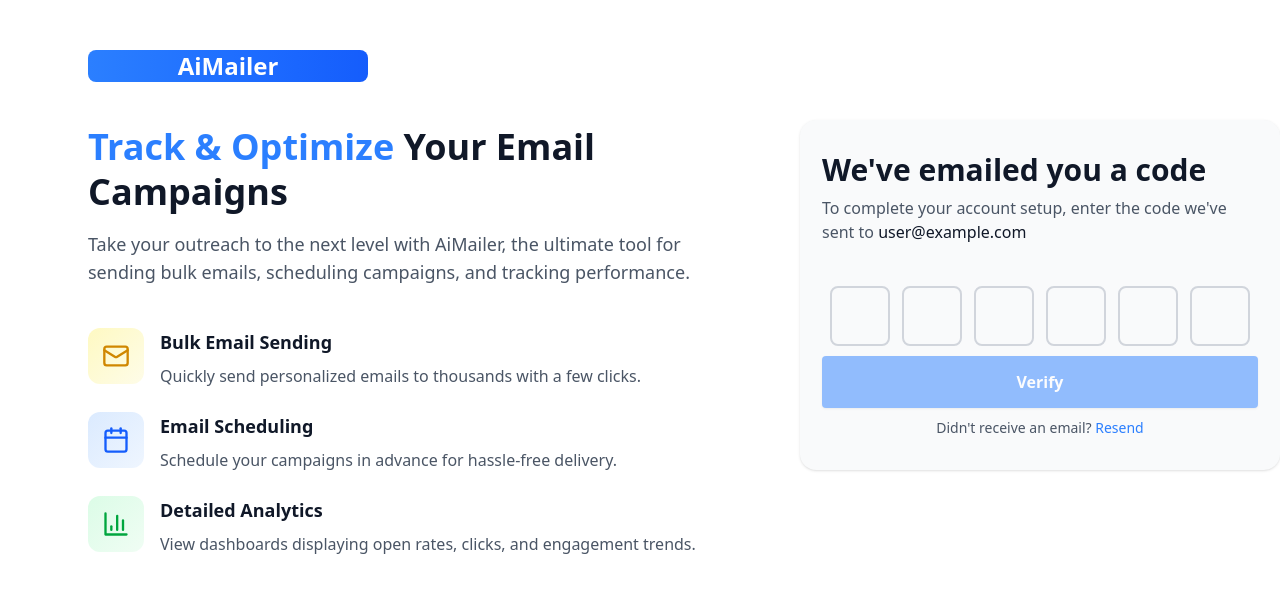
Repository: princesharma8630/AiEmailer-
Page: /otp
These files come from the project's save history. The page is drawn as it stood at one moment and after the next save; the edit follows.
The browser window is 1280 px wide. The pictures show the whole page.
The page's requests for data from a server got no answer. The project was rebuilt for these pictures with package versions that can differ from the ones it lists, and the page was loaded fresh each time. No one was signed in, and anything a server would have sent is missing. Also part of the build but not shown: vite.config.ts, src/router/privateRouter.tsx, src/component/sidebar/sidebar.tsx, src/component/topbar/topbar.tsx, src/layouts/mainlayout/mainlayout.tsx, src/pages/login/resetpassword/ResetModule.tsx, src/pages/login/login.tsx, src/pages/signup/signup.tsx and 23 more.

Above is the page before, as saved 2025-10-27 17:42:38.

### index.html
<!doctype html>
<html lang="en">
  <head>
    <meta charset="UTF-8" />
    <link rel="icon" type="image/png" href="/logo.png" />
    <meta name="viewport" content="width=device-width, initial-scale=1.0" />
    <title>AiMailer</title>
  </head>
  <body>
    <div id="root"></div>
    <script type="module" src="/src/main.tsx"></script>
  </body>
</html>

### src/main.tsx
import { StrictMode } from 'react'
import { createRoot } from 'react-dom/client'
import './index.css'
import App from './App.tsx'
import { Provider } from 'react-redux'
import store from './redux/store.ts'
import { BrowserRouter } from 'react-router-dom'

createRoot(document.getElementById('root')!).render(
  <StrictMode>
    <BrowserRouter>
     <Provider store={store}>
       <App />
    </Provider>
    </BrowserRouter>
  </StrictMode>,
)

### src/App.tsx


import './App.css';
import MainRouter from './router/mainRoputer';


function App() {
  return (
    <>
    <MainRouter/>
  </>)
}

export default App

### src/redux/store.ts
import { configureStore } from '@reduxjs/toolkit';
import authReducer from './slices/authSlices/authslice'; // ✅ make sure this path is correct
import dashboardReducer from './slices/dashboardslices/dashboardSlice'
import mailAnalytics from './slices/AnalysisSlice/mailAnalyticsSlice'
import  bulkEmailReducer  from './slices/bulkEmailSlice/bulkEmailSlice';
import scheduleEmailReducer from '../redux/slices/scheduleEmailSlice/scheduleEmailSlice'
export const store = configureStore({
  reducer: {
    auth: authReducer,
    dashboard:dashboardReducer,
    mailAnalytics:mailAnalytics,
    bulkEmailReducer: bulkEmailReducer,
    scheduleEmail: scheduleEmailReducer
  },
});

// ✅ Export types for use across your app
export type RootState = ReturnType<typeof store.getState>;
export type AppDispatch = typeof store.dispatch;

export default store;

### src/router/mainRoputer.tsx
import { Route, Routes } from "react-router-dom";
import RouterConstant from "../constants/routerConstant";
import PublicRouter from "./publicRouter";
import PrivateRouter from "./privateRouter";
import AuthLayout from "../layouts/authLayout/authlayout";
import MainLayout from "../layouts/mainlayout/mainlayout";
import OTPPage from "../pages/signup/otppage";
import LoginPage from "../pages/login/login";
import SignupPage from "../pages/signup/signup";
import Dashboard from "../pages/dashboard/dashboard";
import MailAnalytics from "../pages/mailAnalytics/mailAnalytics";
import HomePage from "../pages/home/home";
import BulkEmail from "../pages/bulkEmail/bulkEmail";
import ScheduleEmails from "../pages/scheduleEmails/ScheduleEmails";



function MainRouter() {
   return (
      <Routes>
         {/* Public Routes with AuthLayout */}
         <Route element={<PublicRouter/>}>
            <Route element={<AuthLayout/>}>
               <Route path="/" element={<HomePage/>}/>
               <Route path={RouterConstant.Home} element={<HomePage/>} />
               <Route path={RouterConstant.Login} element={<LoginPage/>} />
               <Route path={RouterConstant.SignUp} element={<SignupPage/>} />
               <Route path={RouterConstant.Otp} element={<OTPPage/>}/>
               <Route path={RouterConstant.Login} element={<LoginPage/>}/>
            </Route>
         </Route>

         {/* Private Routes with MainLayout */}
         <Route element={<PrivateRouter/>}>
            <Route element={<MainLayout/>}>
               <Route path={RouterConstant.Dashboard} element={<Dashboard/>} />
               <Route path={RouterConstant.MailAnalytices} element={<MailAnalytics/>} />
               <Route path={RouterConstant.BULK_EMAIL} element={<BulkEmail/>} />
               <Route path={RouterConstant.SCHEDULE_EMAILS} element={<ScheduleEmails/>} />
               <Route path="/custom-emails" element={<h1 className="p-6">Custom Emails Content</h1>} />
               <Route path="/email-signatures" element={<h1 className="p-6">Email Signatures Content</h1>} />
               <Route path="/profile-settings" element={<h1 className="p-6">Profile Settings Content</h1>} />
            </Route>
         </Route>
      </Routes>
   )
}

export default MainRouter;

### src/constants/routerConstant.tsx

const RouterConstant={
    Login:"/login",
    Dashboard:"/dashboard",
    Home:"/home",
    SignUp:'signup',
    Otp:"/otp",
    PasswordPage:"/passwordpage",
    MailAnalytices:"/mailAnalytices",


   //Bulk Email Routes
  BULK_EMAIL: '/bulk-email',
  SCHEDULE_EMAILS: '/schedule-emails',
  CUSTOM_EMAILS: '/custom-emails',
  EMAIL_SIGNATURES: '/email-signatures',
  PROFILE_SETTINGS: '/profile-settings',
  CAMPAIGN_DETAIL: '/campaign/:campaignId',
  CAMPAIGN_TRACKING: '/campaign/:campaignId/tracking',

}
export default RouterConstant;

### src/router/publicRouter.tsx
import React from "react";
import { Navigate, Outlet } from "react-router-dom";


import RouterConstant from "../constants/routerConstant";

const PublicRouter: React.FC = () => {

  const token = localStorage.getItem('token');

  // If user is logged in, redirect to dashboard
  if ( token) {
    return <Navigate to={RouterConstant.Dashboard} replace />;
  }

  return <Outlet />;
};

export default PublicRouter;

### src/layouts/authLayout/authlayout.tsx

import { Outlet } from 'react-router-dom';

const AuthLayout = () => {
  return (
    <div >
        {/* Auth Pages Content (Login, Signup, OTP, etc.) */}
        <div >
          <Outlet />
        </div>
      </div>

  );
};

export default AuthLayout;

### src/pages/signup/otppage.tsx
import React, { useState, useRef, useEffect } from 'react';
import { Mail, BarChart3, Calendar } from 'lucide-react';
import logo from '../../assets/logo.png';

const OTPPage: React.FC = () => {
  const [email, setEmail] = useState<string>('user@example.com');
  const [otp, setOtp] = useState(['', '', '', '', '', '']);
  const [otpError, setOtpError] = useState('');
  const [resendLoading, setResendLoading] = useState(false);
  const [resendSuccess, setResendSuccess] = useState(false);
  const [loading, setLoading] = useState(false);
  const [otpVerified, setOtpVerified] = useState(false);
  const inputRefs = useRef<(HTMLInputElement | null)[]>([]);

  useEffect(() => {
    inputRefs.current[0]?.focus();
  }, []);

  const handleChange = (index: number, value: string) => {
    if (value && !/^\d$/.test(value)) return;

    const newOtp = [...otp];
    newOtp[index] = value;
    setOtp(newOtp);
    setOtpError('');

    if (value && index < 5) {
      inputRefs.current[index + 1]?.focus();
    }
  };

  const handleKeyDown = (index: number, e: React.KeyboardEvent<HTMLInputElement>) => {
    if (e.key === 'Backspace' && !otp[index] && index > 0) {
      inputRefs.current[index - 1]?.focus();
    }
  };

  const handlePaste = (e: React.ClipboardEvent<HTMLInputElement>) => {
    e.preventDefault();
    const pastedData = e.clipboardData.getData('text').slice(0, 6);

    if (!/^\d+$/.test(pastedData)) return;

    const newOtp = [...otp];
    for (let i = 0; i < pastedData.length && i < 6; i++) {
      newOtp[i] = pastedData[i];
    }
    setOtp(newOtp);

    const nextIndex = Math.min(pastedData.length, 5);
    inputRefs.current[nextIndex]?.focus();
  };

  const handleVerify = () => {
    const otpCode = otp.join('');

    if (otpCode.length !== 6) {
      setOtpError('Please enter all 6 digits');
      return;
    }

    setLoading(true);
    setTimeout(() => {
      setLoading(false);
      setOtpVerified(true);
    }, 1500);
  };

  const handleResend = () => {
    setResendLoading(true);
    setResendSuccess(false);

    setTimeout(() => {
      setResendLoading(false);
      setResendSuccess(true);
      setOtp(['', '', '', '', '', '']);
      inputRefs.current[0]?.focus();

      setTimeout(() => {
        setResendSuccess(false);
      }, 3000);
    }, 1500);
  };

  return (
    <div className="min-h-screen w-full bg-white">
      {/* Desktop Layout - Absolute positioning */}
      <div className="hidden lg:block h-screen w-screen overflow-hidden relative">
        {/* Left Section - Intro Content */}
        <div className="absolute top-[50px] left-[88px] max-w-[630px] max-h-[594px] flex flex-col gap-[42px]">
          {/* Logo and Brand */}
          <div className="max-w-[280px] max-h-[84px] opacity-100 flex items-center gap-[8.44px]">
            <div className="w-full h-full bg-gradient-to-r from-blue-500 to-blue-600 rounded-lg flex items-center justify-center text-white font-bold text-2xl">
              AiMailer
            </div>
          </div>

          {/* Heading */}
          <div>
            <h2 className="text-4xl font-bold mb-4 leading-tight">
              <span className="text-blue-500">Track & Optimize</span>{' '}
              <span className="text-gray-900">Your Email Campaigns</span>
            </h2>

            <p className="text-gray-600 text-lg">
              Take your outreach to the next level with AiMailer, the ultimate tool for sending bulk emails, scheduling campaigns, and tracking performance.
            </p>
          </div>

          {/* Features */}
          <div className="flex flex-col gap-6">
            <div className="flex items-start gap-4">
              <div className="w-14 h-14 bg-gradient-to-br from-yellow-100 to-yellow-50 rounded-xl flex items-center justify-center shrink-0">
                <Mail className="w-7 h-7 text-yellow-600" />
              </div>
              <div>
                <h3 className="font-semibold text-gray-900 mb-2 text-lg">Bulk Email Sending</h3>
                <p className="text-gray-600">
                  Quickly send personalized emails to thousands with a few clicks.
                </p>
              </div>
            </div>

            <div className="flex items-start gap-4">
              <div className="w-14 h-14 bg-gradient-to-br from-blue-100 to-blue-50 rounded-xl flex items-center justify-center shrink-0">
                <Calendar className="w-7 h-7 text-blue-600" />
              </div>
              <div>
                <h3 className="font-semibold text-gray-900 mb-2 text-lg">Email Scheduling</h3>
                <p className="text-gray-600">
                  Schedule your campaigns in advance for hassle-free delivery.
                </p>
              </div>
            </div>

            <div className="flex items-start gap-4">
              <div className="w-14 h-14 bg-gradient-to-br from-green-100 to-green-50 rounded-xl flex items-center justify-center shrink-0">
                <BarChart3 className="w-7 h-7 text-green-600" />
              </div>
              <div>
                <h3 className="font-semibold text-gray-900 mb-2 text-lg">Detailed Analytics</h3>
                <p className="text-gray-600">
                  View dashboards displaying open rates, clicks, and engagement trends.
                </p>
              </div>
            </div>
          </div>
        </div>

        {/* Right Section - OTP Verification Card */}
        <div className="absolute top-[120px] left-[800px] max-w-[493px] rounded-2xl pt-8 pr-[22px] pb-8 pl-[22px] flex flex-col gap-2.5 bg-gray-50 shadow-sm">
          <div>
            <h2 className="text-3xl font-bold text-gray-900 mb-2">
              We've emailed you a code
            </h2>
            <p className="text-gray-600 mb-8">
              To complete your account setup, enter the code we've sent to{' '}
              <span className="font-medium text-gray-900">{email || 'your email'}</span>
            </p>
          </div>

          {/* Success Message - OTP Verified */}
          {otpVerified && (
            <div className="p-4 bg-green-50 border border-green-200 text-green-700 rounded-lg">
              OTP verified successfully! Redirecting to create password...
            </div>
          )}

          {/* Success Message - OTP Resent */}
          {resendSuccess && !otpVerified && (
            <div className="p-4 bg-green-50 border border-green-200 text-green-700 rounded-lg">
              OTP resent successfully! Check your email.
            </div>
          )}

          {/* OTP Input Fields */}
          <div className="flex flex-col gap-4">
            <div className="flex gap-3 justify-center">
              {otp.map((digit, index) => (
                <input
                  key={index}
                  ref={(el) => { inputRefs.current[index] = el }}
                  type="text"
                  inputMode="numeric"
                  maxLength={1}
                  value={digit}
                  onChange={(e) => handleChange(index, e.target.value)}
                  onKeyDown={(e) => handleKeyDown(index, e)}
                  onPaste={index === 0 ? handlePaste : undefined}
                  className={`w-[60px] h-[60px] text-center text-2xl font-semibold border-2 rounded-lg outline-none transition-all ${
                    digit
                      ? 'border-blue-500 bg-blue-50'
                      : otpError
                      ? 'border-red-500'
                      : 'border-gray-300'
                  } focus:border-blue-500 focus:ring-2 focus:ring-blue-200`}
                />
              ))}
            </div>

            {otpError && (
              <p className="text-sm text-red-600 text-center">{otpError}</p>
            )}
          </div>

          {/* Verify Button */}
          <button
            onClick={handleVerify}
            disabled={loading || otp.join('').length !== 6}
            className="w-full max-w-[449px] h-[52px] bg-blue-500 text-white rounded-sm font-semibold hover:bg-blue-600 transition-colors disabled:opacity-50 disabled:cursor-not-allowed shadow-sm"
          >
            {loading ? 'Verifying...' : 'Verify'}
          </button>

          {/* Resend Link */}
          <div className="text-center">
            <p className="text-sm text-gray-600">
              Didn't receive an email?{' '}
              <button
                onClick={handleResend}
                disabled={resendLoading}
                className="text-blue-500 hover:underline font-medium disabled:opacity-50 disabled:cursor-not-allowed"
              >
                {resendLoading ? 'Sending...' : 'Resend'}
              </button>
            </p>
          </div>
        </div>
      </div>

      {/* Mobile/Tablet Layout - Stacked */}
      <div className="lg:hidden min-h-screen flex flex-col">
        {/* Left Section - Top */}
        <div className="w-full px-6 py-8 md:px-12 md:py-12">
          {/* Logo and Brand */}
          <div className="max-w-[280px] h-[84px] mb-8 flex items-center">
            <div className="w-full h-full bg-gradient-to-r from-blue-500 to-blue-600 rounded-lg flex items-center justify-center text-white font-bold text-2xl">
              AiMailer
            </div>
          </div>

          {/* Heading */}
          <div className="mb-8">
            <h2 className="text-3xl md:text-4xl font-bold mb-4 leading-tight">
              <span className="text-blue-500">Track & Optimize</span>{' '}
              <span className="text-gray-900">Your Email Campaigns</span>
            </h2>

            <p className="text-gray-600 text-base md:text-lg">
              Take your outreach to the next level with AiMailer, the ultimate tool for sending bulk emails, scheduling campaigns, and tracking performance.
            </p>
          </div>

          {/* Features */}
          <div className="flex flex-col gap-6">
            <div className="flex items-start gap-4">
              <div className="w-14 h-14 bg-gradient-to-br from-yellow-100 to-yellow-50 rounded-xl flex items-center justify-center shrink-0">
                <Mail className="w-7 h-7 text-yellow-600" />
              </div>
              <div>
                <h3 className="font-semibold text-gray-900 mb-2 text-lg">Bulk Email Sending</h3>
                <p className="text-gray-600">
                  Quickly send personalized emails to thousands with a few clicks.
                </p>
              </div>
            </div>

            <div className="flex items-start gap-4">
              <div className="w-14 h-14 bg-gradient-to-br from-blue-100 to-blue-50 rounded-xl flex items-center justify-center shrink-0">
                <Calendar className="w-7 h-7 text-blue-600" />
              </div>
              <div>
                <h3 className="font-semibold text-gray-900 mb-2 text-lg">Email Scheduling</h3>
                <p className="text-gray-600">
                  Schedule your campaigns in advance for hassle-free delivery.
                </p>
              </div>
            </div>

            <div className="flex items-start gap-4">
              <div className="w-14 h-14 bg-gradient-to-br from-green-100 to-green-50 rounded-xl flex items-center justify-center shrink-0">
                <BarChart3 className="w-7 h-7 text-green-600" />
              </div>
              <div>
                <h3 className="font-semibold text-gray-900 mb-2 text-lg">Detailed Analytics</h3>
                <p className="text-gray-600">
                  View dashboards displaying open rates, clicks, and engagement trends.
                </p>
              </div>
            </div>
          </div>
        </div>

        {/* OTP Card - Bottom */}
        <div className="w-full px-6 pb-8 md:px-12">
          <div className="max-w-[493px] mx-auto rounded-2xl p-8 bg-gray-50 shadow-sm">
            <div className="mb-6">
              <h2 className="text-2xl md:text-3xl font-bold text-gray-900 mb-2">
                We've emailed you a code
              </h2>
              <p className="text-gray-600">
                To complete your account setup, enter the code we've sent to{' '}
                <span className="font-medium text-gray-900">{email || 'your email'}</span>
              </p>
            </div>

            {/* Success Message - OTP Verified */}
            {otpVerified && (
              <div className="p-4 bg-green-50 border border-green-200 text-green-700 rounded-lg mb-4">
                OTP verified successfully! Redirecting to create password...
              </div>
            )}

            {/* Success Message - OTP Resent */}
            {resendSuccess && !otpVerified && (
              <div className="p-4 bg-green-50 border border-green-200 text-green-700 rounded-lg mb-4">
                OTP resent successfully! Check your email.
              </div>
            )}

            {/* OTP Input Fields */}
            <div className="flex flex-col gap-4 mb-6">
              <div className="flex gap-2 md:gap-3 justify-center">
                {otp.map((digit, index) => (
                  <input
                    key={index}
                    ref={(el) => { inputRefs.current[index] = el }}
                    type="text"
                    inputMode="numeric"
                    maxLength={1}
                    value={digit}
                    onChange={(e) => handleChange(index, e.target.value)}
                    onKeyDown={(e) => handleKeyDown(index, e)}
                    onPaste={index === 0 ? handlePaste : undefined}
                    className={`w-12 h-12 md:w-[60px] md:h-[60px] text-center text-xl md:text-2xl font-semibold border-2 rounded-lg outline-none transition-all ${
                      digit
                        ? 'border-blue-500 bg-blue-50'
                        : otpError
                        ? 'border-red-500'
                        : 'border-gray-300'
                    } focus:border-blue-500 focus:ring-2 focus:ring-blue-200`}
                  />
                ))}
              </div>

              {otpError && (
                <p className="text-sm text-red-600 text-center">{otpError}</p>
              )}
            </div>

            {/* Verify Button */}
            <button
              onClick={handleVerify}
              disabled={loading || otp.join('').length !== 6}
              className="w-full h-[52px] bg-blue-500 text-white rounded-sm font-semibold hover:bg-blue-600 transition-colors disabled:opacity-50 disabled:cursor-not-allowed shadow-sm mb-4"
            >
              {loading ? 'Verifying...' : 'Verify'}
            </button>

            {/* Resend Link */}
            <div className="text-center">
              <p className="text-sm text-gray-600">
                Didn't receive an email?{' '}
                <button
                  onClick={handleResend}
                  disabled={resendLoading}
                  className="text-blue-500 hover:underline font-medium disabled:opacity-50 disabled:cursor-not-allowed"
                >
                  {resendLoading ? 'Sending...' : 'Resend'}
                </button>
              </p>
            </div>
          </div>
        </div>
      </div>
    </div>
  );
};

export default OTPPage;

### src/services/mailAnalyticsServices/index.ts
import axios from 'axios';
import { mockMailAnalyticsService } from './mock';

const API_BASE_URL = import.meta.env.VITE_API_BASE_URL || 'http://localhost:3000/api';

export interface MailAnalyticsData {
  recipientEmail: string;
  totalOpens: number;
  totalClicks: number;
  lastActivity: string;
}

export interface MailAnalyticsResponse {
  data: MailAnalyticsData[];
  total: number;
  page: number;
  limit: number;
}

// Toggle between mock and real API
const USE_MOCK = true; // Set to false when real API is ready

// Real API service
const realApiService = {
  // Get all mail analytics
  getMailAnalytics: async (params?: {
    page?: number;
    limit?: number;
    search?: string;
  }): Promise<MailAnalyticsResponse> => {
    try {
      const response = await axios.get(`${API_BASE_URL}/mail-analytics`, {
        params,
        headers: {
          Authorization: `Bearer ${localStorage.getItem('token')}`,
        },
      });
      return response.data;
    } catch (error) {
      throw error;
    }
  },

  // Get analytics for specific email
  getEmailAnalytics: async (email: string) => {
    try {
      const response = await axios.get(
        `${API_BASE_URL}/mail-analytics/${email}`,
        {
          headers: {
            Authorization: `Bearer ${localStorage.getItem('token')}`,
          },
        }
      );
      return response.data;
    } catch (error) {
      throw error;
    }
  },
};

// Export based on USE_MOCK flag
export const mailAnalyticsService = USE_MOCK ? mockMailAnalyticsService : realApiService;

### src/services/bulkEmailService/mailValidator.ts
// services/bulkEmailServices/emailValidator.ts

export class EmailValidator {

  static isValidEmail(email: string): boolean {
    const emailRegex = /^[^\s@]+@[^\s@]+\.[^\s@]+$/;
    return emailRegex.test(email);
  }

  static isDisposableEmail(email: string): boolean {
    const disposableDomains = [
      'tempmail.com',
      '10minutemail.com',
      'guerrillamail.com',
      'mailinator.com',
      // Add more...
    ];

    const domain = email.split('@')[1]?.toLowerCase();
    return disposableDomains.includes(domain);
  }

  static validateBulk(emails: string[]): {
    valid: string[];
    invalid: string[];
    duplicates: string[];
  } {
    const valid: string[] = [];
    const invalid: string[] = [];
    const seen = new Set<string>();
    const duplicates: string[] = [];

    for (const email of emails) {
      const trimmedEmail = email.trim().toLowerCase();

      if (!this.isValidEmail(trimmedEmail)) {
        invalid.push(email);
        continue;
      }

      if (seen.has(trimmedEmail)) {
        duplicates.push(email);
        continue;
      }

      seen.add(trimmedEmail);
      valid.push(trimmedEmail);
    }

    return { valid, invalid, duplicates };
  }
}

Loaded but not shown: src/App.css (common file); src/redux/slices/authSlices/authslice.ts (291 lines, source omitted); src/redux/slices/bulkEmailSlice/bulkEmailSlice.ts (298 lines, source omitted); src/redux/slices/dashboardslices/dashboardSlice.ts (256 lines, source omitted); src/services/dashboardServices/dashboardService.ts (279 lines, source omitted); src/services/authServices/index.ts (259 lines, source omitted); src/redux/slices/scheduleEmailSlice/scheduleEmailSlice.ts (225 lines, source omitted); src/services/bulkEmailService/index.ts (169 lines, source omitted); src/services/bulkEmailService/csvParser.ts (130 lines, source omitted); src/services/scheduleEmail.types/index.ts (122 lines, source omitted); src/redux/slices/AnalysisSlice/mailAnalyticsSlice.ts (88 lines, source omitted); src/services/mailAnalyticsServices/mock.ts (97 lines, source omitted); src/index.css (no stored copy; drawn as an empty file)

After the next save:
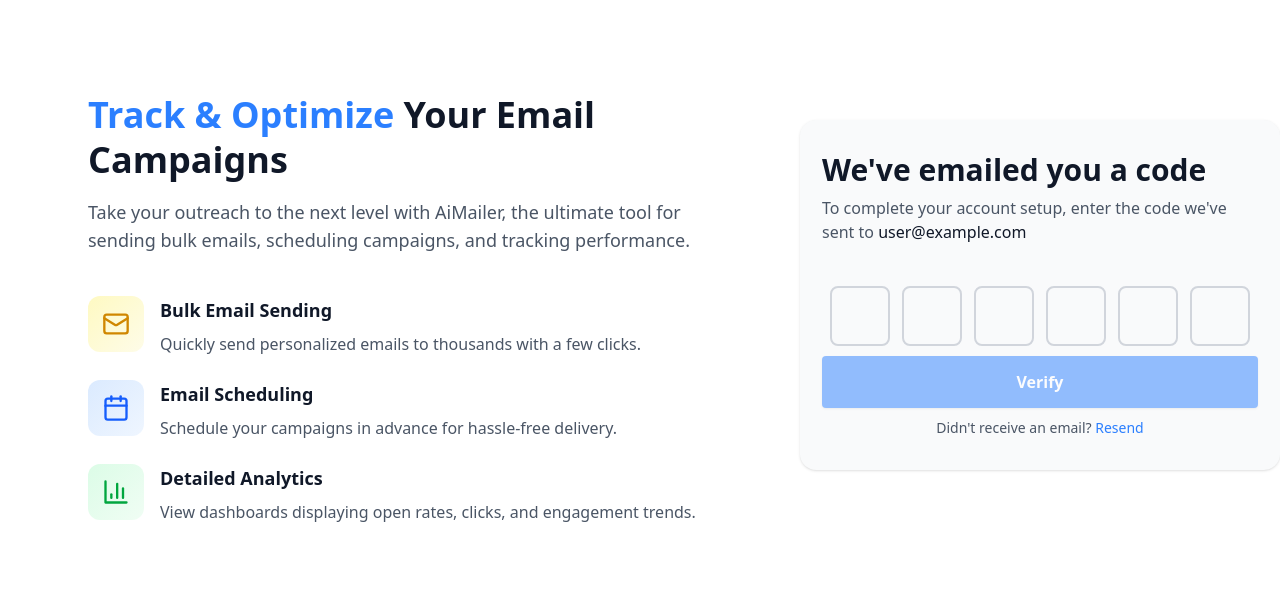
Saved 12 s later.
--- a/src/pages/signup/otppage.tsx
+++ b/src/pages/signup/otppage.tsx
@@ -90,9 +90,7 @@ const OTPPage: React.FC = () => {
         <div className="absolute top-[50px] left-[88px] max-w-[630px] max-h-[594px] flex flex-col gap-[42px]">
           {/* Logo and Brand */}
           <div className="max-w-[280px] max-h-[84px] opacity-100 flex items-center gap-[8.44px]">
-            <div className="w-full h-full bg-gradient-to-r from-blue-500 to-blue-600 rounded-lg flex items-center justify-center text-white font-bold text-2xl">
-              AiMailer
-            </div>
+
           </div>
 
           {/* Heading */}
